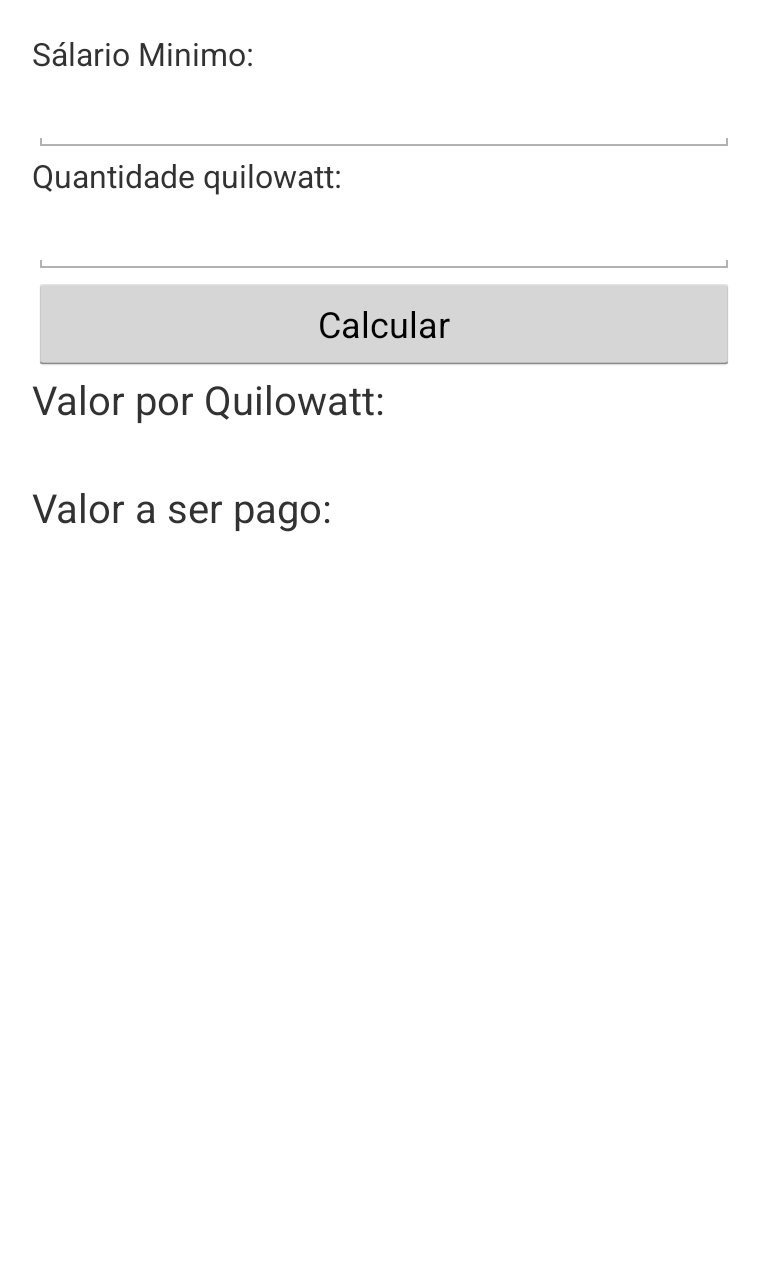
Repository: erickluz/Android
Layout: CustoQuilowatt/res/layout/activity_main.xml
An editor plug-in stored every save of this project. The layout is shown before and after the next save, followed by the edit.
It is drawn on a 768 x 1280 px phone screen (xhdpi) without system bars, with theme AppTheme; the app's code is not run.

Above is the layout before, as saved 2016-03-15 01:48:18.

After the next save:
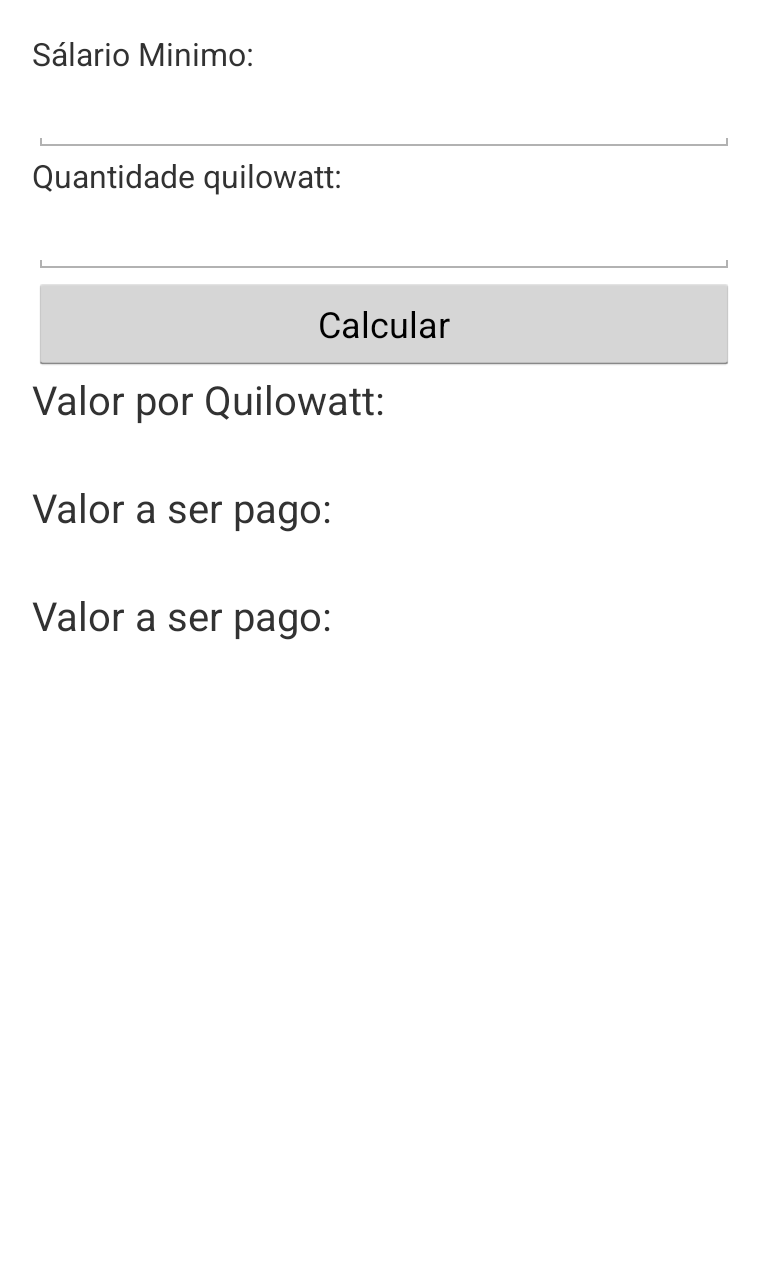
Saved 17 s later.
--- a/CustoQuilowatt/res/layout/activity_main.xml
+++ b/CustoQuilowatt/res/layout/activity_main.xml
@@ -65,4 +65,16 @@
         android:layout_width="fill_parent"
         android:layout_height="wrap_content"
         android:textSize="20sp"/>
+
+	<TextView
+        android:layout_width="fill_parent"
+        android:layout_height="wrap_content"
+        android:text="@string/vlrPago"
+        android:textSize="20sp"/>
+
+    <TextView
+        android:id="@+id/lblVlrPago"
+        android:layout_width="fill_parent"
+        android:layout_height="wrap_content"
+        android:textSize="20sp"/>
 </LinearLayout>
